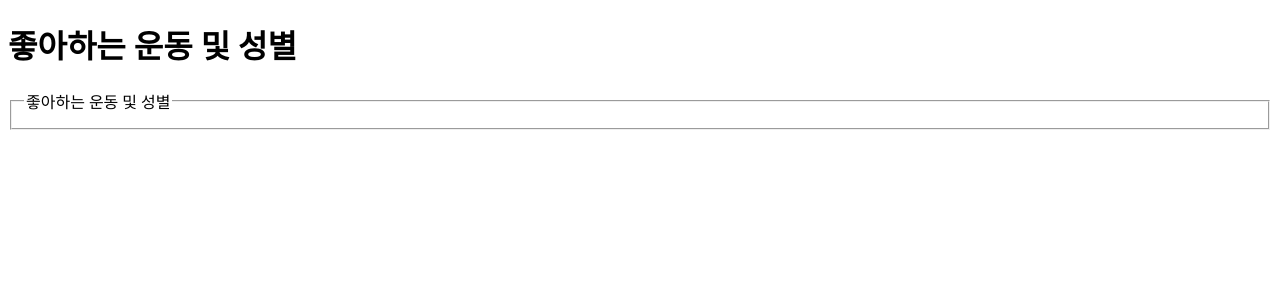
Repository: sgnq008-tech/JSP
Page: http://localhost/WebProject/test/sport.jsp
These files come from the project's save history. The page is drawn as it stood at one moment and after the next save; the edit follows.
The browser window is 1280 px wide. The pictures show the whole page.
The page is served by Tomcat 9. Other server files are loaded and not shown.

Above is the page before, as saved 2026-09-08 00:41:33.

### jsp_workspace/WebProject/src/main/webapp/test/sport.jsp
<%@ page language="java" contentType="text/html; charset=UTF-8"
    pageEncoding="UTF-8"%>
<!DOCTYPE html>
<html>
<head>
<meta charset="UTF-8">
<title>좋아하는 운동 및 성별</title>
</head>
<body>
<h1>좋아하는 운동 및 성별</h1>
<form action="Sport" method="post">
                <fieldset>
                                <legend>좋아하는 운동 및 성별</legend>


                </fieldset>

</form>

</body>
</html>

After the next save:
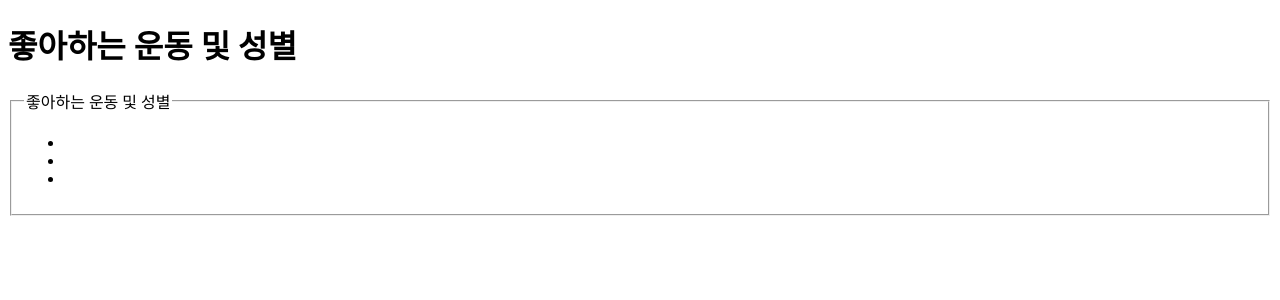
Saved 38 s later.
--- a/jsp_workspace/WebProject/src/main/webapp/test/sport.jsp
+++ b/jsp_workspace/WebProject/src/main/webapp/test/sport.jsp
@@ -11,8 +11,11 @@
 <form action="Sport" method="post">
                 <fieldset>
                                 <legend>좋아하는 운동 및 성별</legend>
-
-
+                                <ul>
+                                <li></li>
+                                <li></li>
+                                <li></li>
+                                </ul>
                 </fieldset>
 
 </form>
